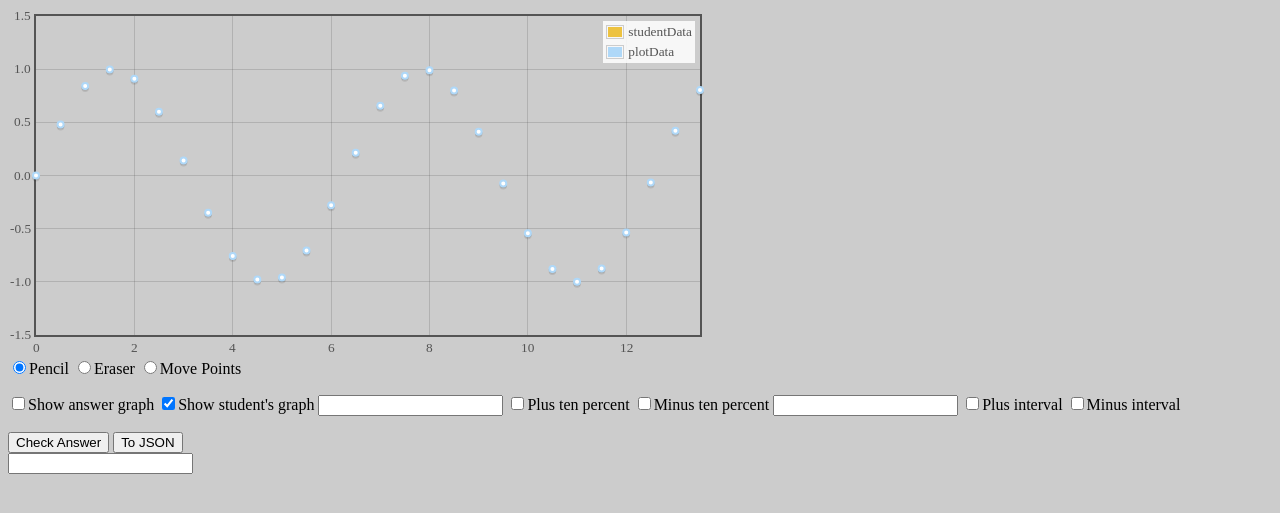
Repository: danmartelly/601autogradeGraphs
Page: flotSketching/test.html
An editor plug-in stored every save of this project. The page is shown before and after the next save, followed by the edit.
The browser window is 1280 px wide. The pictures show the whole page.

Above is the page before, as saved 2014-01-30 17:29:30.

### flotSketching/test.html
<html>
<head>
	<title>Let's try Flot</title>
	<link href="test.css" rel="stylesheet" type="text/css">
	<script type="text/javascript" src="flot/jquery.js"></script>
	<script type="text/javascript" src="flot/jquery.flot.js"></script>
	<script type="text/javascript" src="jquery.flot.drawing.js"></script>
	<script type="text/javascript" src="JSON.js"></script>
	<script type="text/javascript" src="test.js"></script>
</head>
<body>
	<div id="content">
		<div class="demo-container">
			<div id="placeholder" class="demo-placeholder"></div>
		</div>
	</div>
	<form id="tool">
		<input id="pencilRadio" type="radio" name="tool" value="pencil" checked="checked">Pencil
		<input id ="eraserRadio" type="radio" name="tool" value="eraser">Eraser
		<input id="movePointRadio" type="radio" name="tool" value="movePoint">Move Points
	</form>
	<form id="showGraphs">
		<input id="answerCheckbox" type="checkbox" name="tool" value="answerGraph">Show answer graph
		<input id="studentCheckbox" type="checkbox" name="tool" value="studentGraph" checked="checked">Show student's graph
		<input id="percentAmount" type="text" name="tool">
		<input id="plusPercent" type="checkbox" name="tool" value="plusPercent">Plus ten percent
		<input id="minusPercent" type="checkbox" name="tool" value="minusPercent">Minus ten percent
		<input id="intervalAmount" type="text" name="tool">
		<input id="plusInterval" type="checkbox" name="tool" value="plusInterval">Plus interval
		<input id="minusInterval" type="checkbox" name="tool" value="minusInterval">Minus interval
	</form>
	<button id="compareButton" type="button">Check Answer</button>
	<button id="toJSON" type="button">To JSON</button>
	<div id="feedback">
	</div>
	<input type="text" id="jsonText">
</body>
</html>

### flotSketching/test.css
body {
	background-color: #CCCCCC;
}

#content {
	width: 880px;
}

.demo-container {
	width: 700px;
	height: 350px;
}

.demo-placeholder {
	width: 100%;
	height: 100%;
}

### flotSketching/JSON.js
/*
json2.js
2013-05-26

Public Domain.

NO WARRANTY EXPRESSED OR IMPLIED. USE AT YOUR OWN RISK.

See http://www.JSON.org/js.html


This code should be minified before deployment.
See http://javascript.crockford.com/jsmin.html

USE YOUR OWN COPY. IT IS EXTREMELY UNWISE TO LOAD CODE FROM SERVERS YOU DO
NOT CONTROL.


This file creates a global JSON object containing two methods: stringify
and parse.

JSON.stringify(value, replacer, space)
value any JavaScript value, usually an object or array.

replacer an optional parameter that determines how object
values are stringified for objects. It can be a
function or an array of strings.

space an optional parameter that specifies the indentation
of nested structures. If it is omitted, the text will
be packed without extra whitespace. If it is a number,
it will specify the number of spaces to indent at each
level. If it is a string (such as '\t' or '&nbsp;'),
it contains the characters used to indent at each level.

This method produces a JSON text from a JavaScript value.

When an object value is found, if the object contains a toJSON
method, its toJSON method will be called and the result will be
stringified. A toJSON method does not serialize: it returns the
value represented by the name/value pair that should be serialized,
or undefined if nothing should be serialized. The toJSON method
will be passed the key associated with the value, and this will be
bound to the value

For example, this would serialize Dates as ISO strings.

Date.prototype.toJSON = function (key) {
function f(n) {
// Format integers to have at least two digits.
return n < 10 ? '0' + n : n;
}

return this.getUTCFullYear() + '-' +
f(this.getUTCMonth() + 1) + '-' +
f(this.getUTCDate()) + 'T' +
f(this.getUTCHours()) + ':' +
f(this.getUTCMinutes()) + ':' +
f(this.getUTCSeconds()) + 'Z';
};

You can provide an optional replacer method. It will be passed the
key and value of each member, with this bound to the containing
object. The value that is returned from your method will be
serialized. If your method returns undefined, then the member will
be excluded from the serialization.

If the replacer parameter is an array of strings, then it will be
used to select the members to be serialized. It filters the results
such that only members with keys listed in the replacer array are
stringified.

Values that do not have JSON representations, such as undefined or
functions, will not be serialized. Such values in objects will be
dropped; in arrays they will be replaced with null. You can use
a replacer function to replace those with JSON values.
JSON.stringify(undefined) returns undefined.

The optional space parameter produces a stringification of the
value that is filled with line breaks and indentation to make it
easier to read.

If the space parameter is a non-empty string, then that string will
be used for indentation. If the space parameter is a number, then
the indentation will be that many spaces.

Example:

text = JSON.stringify(['e', {pluribus: 'unum'}]);
// text is '["e",{"pluribus":"unum"}]'


text = JSON.stringify(['e', {pluribus: 'unum'}], null, '\t');
// text is '[\n\t"e",\n\t{\n\t\t"pluribus": "unum"\n\t}\n]'

text = JSON.stringify([new Date()], function (key, value) {
return this[key] instanceof Date ?
'Date(' + this[key] + ')' : value;
});
// text is '["Date(---current time---)"]'


JSON.parse(text, reviver)
This method parses a JSON text to produce an object or array.
It can throw a SyntaxError exception.

The optional reviver parameter is a function that can filter and
transform the results. It receives each of the keys and values,
and its return value is used instead of the original value.
If it returns what it received, then the structure is not modified.
If it returns undefined then the member is deleted.

Example:

// Parse the text. Values that look like ISO date strings will
// be converted to Date objects.

myData = JSON.parse(text, function (key, value) {
var a;
if (typeof value === 'string') {
a =
/^(\d{4})-(\d{2})-(\d{2})T(\d{2}):(\d{2}):(\d{2}(?:\.\d*)?)Z$/.exec(value);
if (a) {
return new Date(Date.UTC(+a[1], +a[2] - 1, +a[3], +a[4],
+a[5], +a[6]));
}
}
return value;
});

myData = JSON.parse('["Date(09/09/2001)"]', function (key, value) {
var d;
if (typeof value === 'string' &&
value.slice(0, 5) === 'Date(' &&
value.slice(-1) === ')') {
d = new Date(value.slice(5, -1));
if (d) {
return d;
}
}
return value;
});


This is a reference implementation. You are free to copy, modify, or
redistribute.
*/

/*jslint evil: true, regexp: true */

/*members "", "\b", "\t", "\n", "\f", "\r", "\"", JSON, "\\", apply,
call, charCodeAt, getUTCDate, getUTCFullYear, getUTCHours,
getUTCMinutes, getUTCMonth, getUTCSeconds, hasOwnProperty, join,
lastIndex, length, parse, prototype, push, replace, slice, stringify,
test, toJSON, toString, valueOf
*/


// Create a JSON object only if one does not already exist. We create the
// methods in a closure to avoid creating global variables.

if (typeof JSON !== 'object') {
    JSON = {};
}

(function () {
    'use strict';

    function f(n) {
        // Format integers to have at least two digits.
        return n < 10 ? '0' + n : n;
    }

    if (typeof Date.prototype.toJSON !== 'function') {

        Date.prototype.toJSON = function () {

            return isFinite(this.valueOf())
                ? this.getUTCFullYear() + '-' +
                    f(this.getUTCMonth() + 1) + '-' +
                    f(this.getUTCDate()) + 'T' +
                    f(this.getUTCHours()) + ':' +
                    f(this.getUTCMinutes()) + ':' +
                    f(this.getUTCSeconds()) + 'Z'
                : null;
        };

        String.prototype.toJSON =
            Number.prototype.toJSON =
            Boolean.prototype.toJSON = function () {
                return this.valueOf();
            };
    }

    var cx = /[\u0000\u00ad\u0600-\u0604\u070f\u17b4\u17b5\u200c-\u200f\u2028-\u202f\u2060-\u206f\ufeff\ufff0-\uffff]/g,
        escapable = /[\\\"\x00-\x1f\x7f-\x9f\u00ad\u0600-\u0604\u070f\u17b4\u17b5\u200c-\u200f\u2028-\u202f\u2060-\u206f\ufeff\ufff0-\uffff]/g,
        gap,
        indent,
        meta = { // table of character substitutions
            '\b': '\\b',
            '\t': '\\t',
            '\n': '\\n',
            '\f': '\\f',
            '\r': '\\r',
            '"' : '\\"',
            '\\': '\\\\'
        },
        rep;


    function quote(string) {

// If the string contains no control characters, no quote characters, and no
// backslash characters, then we can safely slap some quotes around it.
// Otherwise we must also replace the offending characters with safe escape
// sequences.

        escapable.lastIndex = 0;
        return escapable.test(string) ? '"' + string.replace(escapable, function (a) {
            var c = meta[a];
            return typeof c === 'string'
                ? c
                : '\\u' + ('0000' + a.charCodeAt(0).toString(16)).slice(-4);
        }) + '"' : '"' + string + '"';
    }


    function str(key, holder) {

// Produce a string from holder[key].

        var i, // The loop counter.
            k, // The member key.
            v, // The member value.
            length,
            mind = gap,
            partial,
            value = holder[key];

// If the value has a toJSON method, call it to obtain a replacement value.

        if (value && typeof value === 'object' &&
                typeof value.toJSON === 'function') {
            value = value.toJSON(key);
        }

// If we were called with a replacer function, then call the replacer to
// obtain a replacement value.

        if (typeof rep === 'function') {
            value = rep.call(holder, key, value);
        }

// What happens next depends on the value's type.

        switch (typeof value) {
        case 'string':
            return quote(value);

        case 'number':

// JSON numbers must be finite. Encode non-finite numbers as null.

            return isFinite(value) ? String(value) : 'null';

        case 'boolean':
        case 'null':

// If the value is a boolean or null, convert it to a string. Note:
// typeof null does not produce 'null'. The case is included here in
// the remote chance that this gets fixed someday.

            return String(value);

// If the type is 'object', we might be dealing with an object or an array or
// null.

        case 'object':

// Due to a specification blunder in ECMAScript, typeof null is 'object',
// so watch out for that case.

            if (!value) {
                return 'null';
            }

// Make an array to hold the partial results of stringifying this object value.

            gap += indent;
            partial = [];

// Is the value an array?

            if (Object.prototype.toString.apply(value) === '[object Array]') {

// The value is an array. Stringify every element. Use null as a placeholder
// for non-JSON values.

                length = value.length;
                for (i = 0; i < length; i += 1) {
                    partial[i] = str(i, value) || 'null';
                }

// Join all of the elements together, separated with commas, and wrap them in
// brackets.

                v = partial.length === 0
                    ? '[]'
                    : gap
                    ? '[\n' + gap + partial.join(',\n' + gap) + '\n' + mind + ']'
                    : '[' + partial.join(',') + ']';
                gap = mind;
                return v;
            }

// If the replacer is an array, use it to select the members to be stringified.

            if (rep && typeof rep === 'object') {
                length = rep.length;
                for (i = 0; i < length; i += 1) {
                    if (typeof rep[i] === 'string') {
                        k = rep[i];
                        v = str(k, value);
                        if (v) {
                            partial.push(quote(k) + (gap ? ': ' : ':') + v);
                        }
                    }
                }
            } else {

// Otherwise, iterate through all of the keys in the object.

                for (k in value) {
                    if (Object.prototype.hasOwnProperty.call(value, k)) {
                        v = str(k, value);
                        if (v) {
                            partial.push(quote(k) + (gap ? ': ' : ':') + v);
                        }
                    }
                }
            }

// Join all of the member texts together, separated with commas,
// and wrap them in braces.

            v = partial.length === 0
                ? '{}'
                : gap
                ? '{\n' + gap + partial.join(',\n' + gap) + '\n' + mind + '}'
                : '{' + partial.join(',') + '}';
            gap = mind;
            return v;
        }
    }

// If the JSON object does not yet have a stringify method, give it one.

    if (typeof JSON.stringify !== 'function') {
        JSON.stringify = function (value, replacer, space) {

// The stringify method takes a value and an optional replacer, and an optional
// space parameter, and returns a JSON text. The replacer can be a function
// that can replace values, or an array of strings that will select the keys.
// A default replacer method can be provided. Use of the space parameter can
// produce text that is more easily readable.

            var i;
            gap = '';
            indent = '';

// If the space parameter is a number, make an indent string containing that
// many spaces.

            if (typeof space === 'number') {
                for (i = 0; i < space; i += 1) {
                    indent += ' ';
                }

// If the space parameter is a string, it will be used as the indent string.

            } else if (typeof space === 'string') {
                indent = space;
            }

// If there is a replacer, it must be a function or an array.
// Otherwise, throw an error.

            rep = replacer;
            if (replacer && typeof replacer !== 'function' &&
                    (typeof replacer !== 'object' ||
                    typeof replacer.length !== 'number')) {
                throw new Error('JSON.stringify');
            }

// Make a fake root object containing our value under the key of ''.
// Return the result of stringifying the value.

            return str('', {'': value});
        };
    }


// If the JSON object does not yet have a parse method, give it one.

    if (typeof JSON.parse !== 'function') {
        JSON.parse = function (text, reviver) {

// The parse method takes a text and an optional reviver function, and returns
// a JavaScript value if the text is a valid JSON text.

            var j;

            function walk(holder, key) {

// The walk method is used to recursively walk the resulting structure so
// that modifications can be made.

                var k, v, value = holder[key];
                if (value && typeof value === 'object') {
                    for (k in value) {
                        if (Object.prototype.hasOwnProperty.call(value, k)) {
                            v = walk(value, k);
                            if (v !== undefined) {
                                value[k] = v;
                            } else {
                                delete value[k];
                            }
                        }
                    }
                }
                return reviver.call(holder, key, value);
            }


// Parsing happens in four stages. In the first stage, we replace certain
// Unicode characters with escape sequences. JavaScript handles many characters
// incorrectly, either silently deleting them, or treating them as line endings.

            text = String(text);
            cx.lastIndex = 0;
            if (cx.test(text)) {
                text = text.replace(cx, function (a) {
                    return '\\u' +
                        ('0000' + a.charCodeAt(0).toString(16)).slice(-4);
                });
            }

// In the second stage, we run the text against regular expressions that look
// for non-JSON patterns. We are especially concerned with '()' and 'new'
// because they can cause invocation, and '=' because it can cause mutation.
// But just to be safe, we want to reject all unexpected forms.

// We split the second stage into 4 regexp operations in order to work around
// crippling inefficiencies in IE's and Safari's regexp engines. First we
// replace the JSON backslash pairs with '@' (a non-JSON character). Second, we
// replace all simple value tokens with ']' characters. Third, we delete all
// open brackets that follow a colon or comma or that begin the text. Finally,
// we look to see that the remaining characters are only whitespace or ']' or
// ',' or ':' or '{' or '}'. If that is so, then the text is safe for eval.

            if (/^[\],:{}\s]*$/
                    .test(text.replace(/\\(?:["\\\/bfnrt]|u[0-9a-fA-F]{4})/g, '@')
                        .replace(/"[^"\\\n\r]*"|true|false|null|-?\d+(?:\.\d*)?(?:[eE][+\-]?\d+)?/g, ']')
                        .replace(/(?:^|:|,)(?:\s*\[)+/g, ''))) {

// In the third stage we use the eval function to compile the text into a
// JavaScript structure. The '{' operator is subject to a syntactic ambiguity
// in JavaScript: it can begin a block or an object literal. We wrap the text
// in parens to eliminate the ambiguity.

                j = eval('(' + text + ')');

// In the optional fourth stage, we recursively walk the new structure, passing
// each name/value pair to a reviver function for possible transformation.

                return typeof reviver === 'function'
                    ? walk({'': j}, '')
                    : j;
            }

// If the text is not JSON parseable, then a SyntaxError is thrown.

            throw new SyntaxError('JSON.parse');
        };
    }
}());

### flotSketching/test.js
$(function() {

	var answerData = {
		label: "answerData"
		, data: []
		, points: {show: true}
	};
	for (var i = 0; i < 14; i += 0.5) {
		answerData.data.push([i, Math.sin(i)]);
	}

	var plotData = {
		label: "plotData"
		, data: []
		, points: {show: true}
	};
	function genericSin(x, amp, freq, xShift, offset) {
		return amp*Math.sin(2*Math.PI*freq*(x - xShift)) + offset;
	}
	for (var i = 0; i < 14; i += 0.5) {
//		plotData.data.push([i, genericSin(i, 2.15452795, 0.99964759, 0.99957028, 0.04148915)]);
		plotData.data.push([i, genericSin(i, 1, 1/(2*Math.PI), 0, 0)]);
	}

	var studentData = {
		label: "studentData"
		, data: []
		, points: { show: true }
		, lines: { show: true }
	};
	var plot = null;

	var rePlot = function() {
		var allData = [];
		if ($("#studentCheckbox").prop("checked")) {
			allData.push(studentData);
		}
		if ($("#answerCheckbox").prop("checked")) {
			allData.push(answerData);
		}
		allData.push(plotData);

		var percentage = parseFloat($("#percentAmount").val());
		if ($("#plusPercent").prop("checked")) {
			var change = 1 + percentage;
			var moreData = [];
			$.each(answerData.data, function(index, value) {
				moreData.push([value[0], value[1]*change]);
			});
			allData.push({
				label: "plusPercent"
				, data: moreData
			});
		}
		if ($("#minusPercent").prop("checked")) {
			var change = 1 - percentage;
			var moreData = [];
			$.each(answerData.data, function(index, value) {
				moreData.push([value[0], value[1]*change]);
			});
			allData.push({
				label: "minusPercent"
				, data: moreData
			});
		}
		var interval = parseFloat($("#intervalAmount").val(), 10);
		if ($("#plusInterval").prop("checked")) {
			var moreData = [];
			$.each(answerData.data, function(index, value) {
				moreData.push([value[0], value[1]+interval]);
			});
			allData.push({
				label: "plusInterval"
				, data: moreData
			});
		}
		if ($("#minusInterval").prop("checked")) {
			var moreData = [];
			$.each(answerData.data, function(index, value) {
				moreData.push([value[0], value[1]-interval]);
			});
			allData.push({
				label: "minusInterval"
				, data: moreData
			});
		}

		plot = $.plot($("#placeholder"), allData, {

		});
	};
	rePlot();

	$("#placeholder").bind("plothover", function (event, pos, item) {
		//mouse position
		var str = "mouse: (" + pos.x.toFixed(2) + ", " + pos.y.toFixed(2) + ")";
		//check datapoint
		if (item) {
			var x = item.datapoint[0].toFixed(2),
				y = item.datapoint[1].toFixed(2);
			str += "\nData: (" + x + ", " + y + ")";
		}
		$("#feedback").text(str);
	});

	$("#showGraphs").change(rePlot);

	$("#compareButton").click(function(e) {
		var xaxis = plot.getAxes().xaxis;
		var minx = xaxis.datamin;
		var maxx = xaxis.datamax;
		var s = plot.getData();
		var refArray = s[1].data;
		var otherArray = s[0].data;
		var compareResult = compareData(refArray, otherArray, minx, maxx, (maxx-minx)/10);
		$("#feedback").text(compareResult["variance"]);
	});

	$("#toJSON").click(function(e) {
		var jsonData = JSON.stringify(plot.getData());
		$("#jsonText").val(jsonData);
	});

	// way to compare the data
	function compareData(refArray, otherArray, loLimit, hiLimit, interval) {
		// find variance
		var variance;
		var counter = 0;
		var squareTotal = 0;
		for (var x = loLimit; x <= hiLimit; x = x + interval) {
			counter++;
			var refy = linearInterpolate(refArray, x);
			var othery = linearInterpolate(otherArray, x);
			squareTotal += Math.pow((refy - othery), 2);
		}
		variance = squareTotal/counter;
		return {
			"variance":variance,
		};
	}

	// Take in an array and an x value, and linearly interpolate to find the
	// associated y value
	function linearInterpolate(dataArray, x) {
		var before = null, after = null;
		for (var i = 0; i < dataArray.length; i++) {
			if (dataArray[i][0] > x) {
				after = dataArray[i];
				before = dataArray[i-1];
				break;
			}
		}
		if (before == undefined) {
			return after[1];
		} else {
			//linearly interpolate at this point
			var x0 = before[0];
			var y0 = before[1];
			var x1 = after[0];
			var y1 = after[1];
			return y0 + (y1 - y0)*(x - x0)/(x1 - x0);
		}
	}


});

Loaded but not shown: flotSketching/flot/jquery.js (library); flotSketching/flot/jquery.flot.js (library); flotSketching/jquery.flot.drawing.js (library)

After the next save:
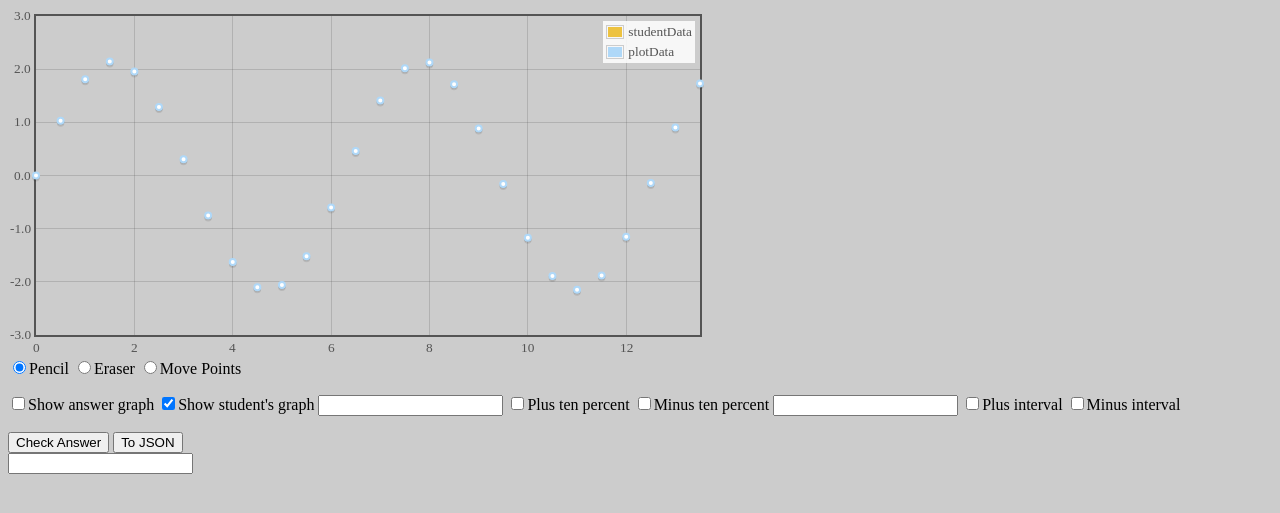
Saved 9 s later.
--- a/flotSketching/test.js
+++ b/flotSketching/test.js
@@ -19,7 +19,7 @@ $(function() {
 	}
 	for (var i = 0; i < 14; i += 0.5) {
 //		plotData.data.push([i, genericSin(i, 2.15452795, 0.99964759, 0.99957028, 0.04148915)]);
-		plotData.data.push([i, genericSin(i, 1, 1/(2*Math.PI), 0, 0)]);
+		plotData.data.push([i, genericSin(i, 2.15, 1/(2*Math.PI), 0, 0)]);
 	}
 
 	var studentData = {
